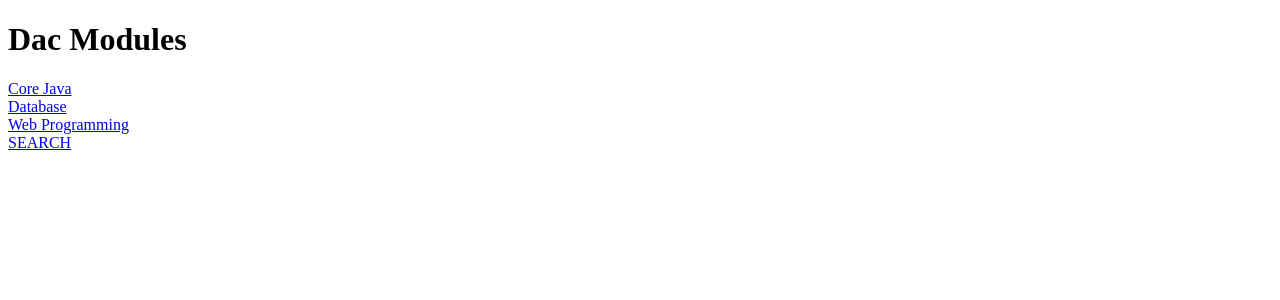
Repository: abhinavkumarlko/eclipse-workspace-AdvJava
Page: MyWebProj/src/main/webapp/Home.html
These files come from the project's save history. The page is drawn as it stood at one moment and after the next save; the edit follows.
The browser window is 1280 px wide. The pictures show the whole page.

Above is the page before, as saved 2023-07-05 04:55:34.

After the next save:
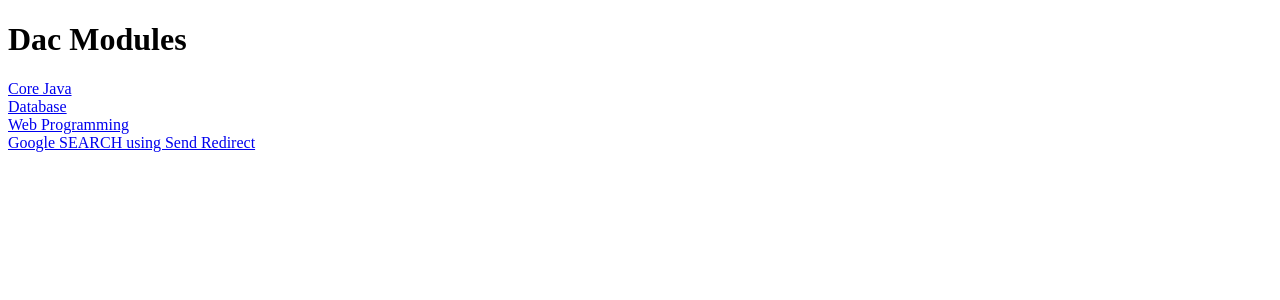
Saved 16 s later.
--- a/MyWebProj/src/main/webapp/Home.html
+++ b/MyWebProj/src/main/webapp/Home.html
@@ -12,6 +12,6 @@
 	<br/>
 	<a href="http://localhost:8080/MyWebProj/wp">Web Programming</a>
 	<br>
-	<a href="http://localhost:8080/MyWebProj/search"> SEARCH </a>
+	<a href="http://localhost:8080/MyWebProj/search"> Google SEARCH using Send Redirect </a>
 </body>
 </html>
